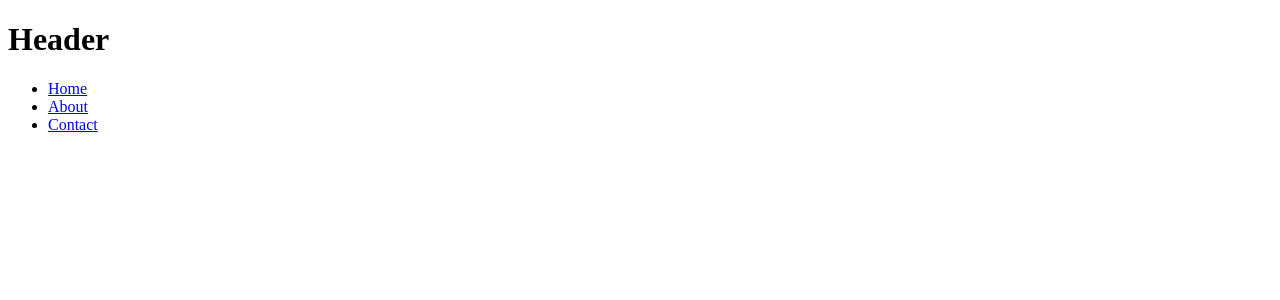
Repository: kennyowusu/landing-page
Page: index.html
The author's editor kept a copy of each file at every save. The page is drawn from the files as they stood at one save, then again after a run of saves.
The browser window is 1280 px wide. The pictures show the whole page.

Above is the page before, as saved 2023-02-24 09:41:25.

### index.html
<!DOCTYPE html>
<html lang="en">
<head>
 <meta charset="UTF-8">
 <meta http-equiv="X-UA-Compatible" content="IE=edge">
 <meta name="viewport" content="width=device-width, initial-scale=1.0">
 <title>Landing Page</title>
</head>
<body>

 <header class="header">
  <h1>Header</h1>
  <nav class="navigation">
   <ul>
    <li><a href="index.html">Home</a></li>
    <li><a href="about.html">About</a></li>
    <li><a href="contact.html">Contact</a></li>
   </ul>
  </nav>
 </header>
</body>
</html>

After the next 2 saves:
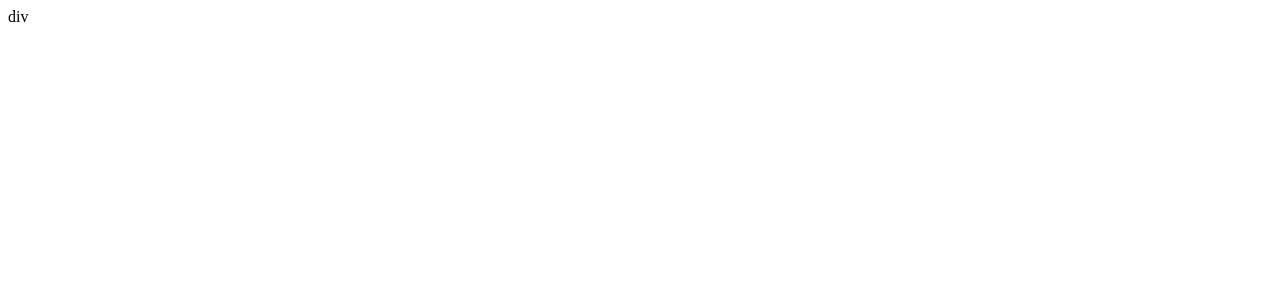
The 2 saves are shown as one change because they came seconds apart.
The last was saved 34 s later.
--- a/index.html
+++ b/index.html
@@ -9,14 +9,7 @@
 <body>
 
  <header class="header">
-  <h1>Header</h1>
-  <nav class="navigation">
-   <ul>
-    <li><a href="index.html">Home</a></li>
-    <li><a href="about.html">About</a></li>
-    <li><a href="contact.html">Contact</a></li>
-   </ul>
-  </nav>
+  div
  </header>
 </body>
 </html>

After the save that followed:
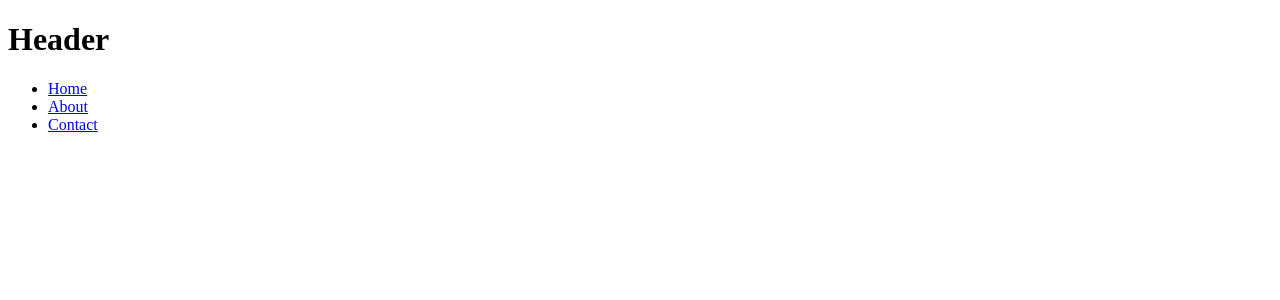
Saved 4 s later.
--- a/index.html
+++ b/index.html
@@ -9,7 +9,16 @@
 <body>
 
  <header class="header">
-  div
+  <div>
+   <h1>Header</h1>
+   <nav class="navigation">
+    <ul>
+     <li><a href="index.html">Home</a></li>
+     <li><a href="about.html">About</a></li>
+     <li><a href="contact.html">Contact</a></li>
+    </ul>
+   </nav>
+  </div>
  </header>
 </body>
 </html>
